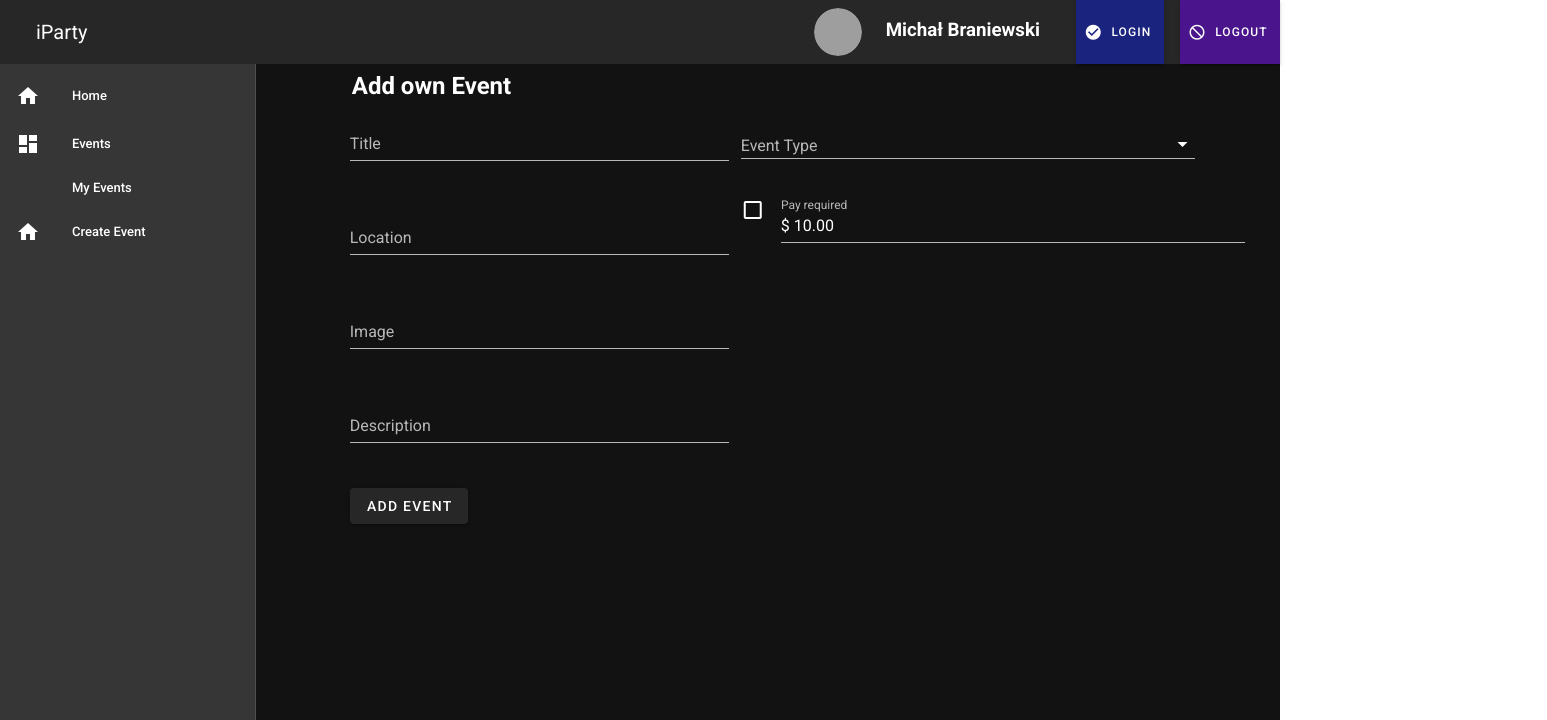
Repository: hexanek/partyapp
Page: /#/addevent
The author's editor kept a copy of each file at every save. The page is drawn from the files as they stood at one save, then again after the next save.
The browser window is 1280 px wide. The page is 1547 px wide, so the pictures cover 1547 px, including what lies to the right of the window. The pictures show the whole page.
Pictures or frames that could not be fetched are drawn as grey boxes. The project was rebuilt for these pictures with package versions that can differ from the ones it lists, and the page was loaded fresh each time. Also part of the build but not shown: vue.config.js, src/components/Popup.vue, src/components/Gmap.vue, src/components/Home.vue.

Above is the page before, as saved 2020-01-26 16:02:38.

### public/index.html
<!DOCTYPE html>
<html lang="en">
  <head>
    <meta charset="utf-8">
    <meta http-equiv="X-UA-Compatible" content="IE=edge">
    <meta name="viewport" content="width=device-width,initial-scale=1.0">
    <link rel="icon" href="<%= BASE_URL %>favicon.ico">
    <title>party-app</title>
    <link rel="stylesheet" href="https://fonts.googleapis.com/css?family=Roboto:100,300,400,500,700,900">
    <link rel="stylesheet" href="https://cdn.jsdelivr.net/npm/@mdi/font@latest/css/materialdesignicons.min.css">
  </head>
  <body>
    <noscript>
      <strong>We're sorry but party-app doesn't work properly without JavaScript enabled. Please enable it to continue.</strong>
    </noscript>
    <div id="app"></div>
    <!-- built files will be auto injected -->
  </body>
</html>

### src/main.js
import Vue from 'vue'
import App from './App.vue'
import vuetify from './plugins/vuetify';
import store from './store'
import router from './router'

Vue.config.productionTip = false

new Vue({
  vuetify,
  store,
  router,
  render: h => h(App)
}).$mount('#app')

### src/App.vue
<template>
  <v-app>
    <navbar>
    </navbar>
    <Footer>
    </Footer>
    <router-view></router-view>
  </v-app>
</template>

<script>
import Navbar from "./components/Navbar";
import Footer from "./components/Footer";


export default {
  name: "App",

  components: {
    Navbar,
    Footer,
  },

  data: () => ({
    //
  }),
  methods: {}
};
</script>

### src/plugins/vuetify.js
import Vue from "vue";
import Vuetify from "vuetify/lib";
import VueRouter from "vue-router";
import * as VueGoogleMaps from "vue2-google-maps";

Vue.use(Vuetify);
Vue.use(VueRouter);
Vue.use(VueGoogleMaps, {
  load: {
    key: "AIzaSyB6QzBesMB_MjqmuZF1p7hpCl8gg4kMEy8",
    libraries: "places"
  }
});

export default new Vuetify({
  theme: {
    dark: true
  }
});

### src/router/index.js
import Vue from "vue";
import VueRouter from "vue-router";
import EventForm from "../components/Event/EventForm.vue";
import Home from "../components/Home.vue";

Vue.use(VueRouter);

const routes = [
  {
    path: "/",
    name: "home",
    component: Home
  },
  {
    path: "/addevent",
    name: "AddEvent",
    component: EventForm

    // route level code-splitting
    // this generates a separate chunk (about.[hash].js) for this route
    // which is lazy-loaded when the route is visited.
    //component: () => import(/* webpackChunkName: "about" */ '../views/About.vue')
  }
];

const router = new VueRouter({
  routes
});
export default router;

### src/components/Navbar.vue
<template>
    <div>
        <v-navigation-drawer
      v-model="drawer"
      app
      clipped
    >
      <v-list dense>
         <v-list-item link>
          <v-list-item-action>
            <v-icon>mdi-home</v-icon>
          </v-list-item-action>
          <v-list-item-content>
            <v-list-item-title>
              <router-link to="/" tag="span">Home</router-link></v-list-item-title>
          </v-list-item-content>
          </v-list-item>
        <v-list-item link>
          <v-list-item-action>
            <v-icon>mdi-view-dashboard</v-icon>
          </v-list-item-action>
          <v-list-item-content>
            <v-list-item-title>Events</v-list-item-title>
          </v-list-item-content>
        </v-list-item>
        <v-list-item link>
          <v-list-item-action>
            <v-icon>mdi-settings</v-icon>
          </v-list-item-action>
          <v-list-item-content>
            <v-list-item-title>My Events</v-list-item-title>
          </v-list-item-content>
        </v-list-item>
         <v-list-item link>
          <v-list-item-action>
            <v-icon>mdi-home</v-icon>
          </v-list-item-action>
          <v-list-item-content>
            <v-list-item-title>
              <router-link to="/addevent" tag="span"> Create Event</router-link>
              </v-list-item-title>
          </v-list-item-content>
        </v-list-item>
      </v-list>
    </v-navigation-drawer>
     <v-app-bar
      flat
      app
      clipped-left
    >
      <v-app-bar-nav-icon class="hidden-sm-and-up" @click.stop="drawer = !drawer" />
      <v-toolbar-title>
        <router-link to="/" tag="span" style="cursor: pointer">iParty</router-link>
        </v-toolbar-title>
      <v-spacer></v-spacer>
      <v-toolbar-items>

        <v-avatar class="ma-2">
      <img
        src="https://cdn.vuetifyjs.com/images/john.jpg"
        alt="John"
      >
    </v-avatar>
        <h3 class="ma-4">Michał Braniewski</h3>
        <v-btn small rounded class="indigo darken-4 mx-5">
          <v-icon dark left>mdi-checkbox-marked-circle</v-icon>
          Login


          </v-btn>
           <v-btn small rounded class="purple darken-4 mx-5 ml-n1 mr-n4">
          <v-icon dark left>mdi-cancel</v-icon>
          Logout


          </v-btn>
      </v-toolbar-items>


    </v-app-bar>
    </div>
</template>

<script>
export default {
  name: "Navbar",
  data: () => ({
    drawer: null
  })
};
</script>

<style lang="scss" scoped>
</style>

### src/components/Footer.vue
<template>
    <div>
        <!-- <v-footer app>
            <span>&copy; 2020</span>
        </v-footer> -->
    </div>
</template>

<script>
    export default {
        name: 'Footer',

        data: () => ({

        })
    }
</script>

<style lang="scss" scoped>

</style>

### src/components/Event/EventForm.vue
<template>
    <div class="content">
        <v-container mt-12 pt-6>
            <v-layout row>
                <v-flex xs-12 offset-sm3 center pa-2>
                    <h2>Add own Event</h2>
                </v-flex>
            </v-layout>
            <v-layout row>
                <v-flex xs-12>
                    <form>
                        <v-layout row>
                            <v-flex xs-12 offset-sm3 sm-6 col-4>
                                <v-text-field
                                name="title"
                                label="Title"
                                id="title"
                                row-height="15"
                                v-model="this.title"
                                required></v-text-field>
                            </v-flex>
                            <v-select class="select"
                                 :items="this.types"
                                  label="Event Type"
                                  name="Event-Type"
                                   dense
                                 ></v-select>
                        </v-layout>
                         <v-layout row>
                            <v-flex xs-12 offset-sm3 sm-6 col-4>
                                <v-text-field
                                name="location"
                                label="Location"
                                id="location"
                                v-model="this.location"
                                required></v-text-field>
                            </v-flex>
                            <v-checkbox
                               v-model="pay"
                                  hide-details
                              class="shrink mr-2 mt-0"
                               ></v-checkbox>
                               <v-text-field
                               prefix="$"
                               value="10.00"
                               label="Pay required"></v-text-field>
                        </v-layout>
                         <v-layout row>
                            <v-flex xs-12 offset-sm3 sm-3 col-4>
                                <v-text-field
                                name="imageUrl"
                                label="Image"
                                required
                                id="image"
                                v-model="this.imageUrl"
                                ></v-text-field>
                            </v-flex>
                        </v-layout>
                         <v-layout row>
                            <v-flex xs-12 offset-sm3 sm-3 col-4>
                                <v-text-field
                                name="description"
                                label="Description"
                                id="description"
                                rows="2"
                                v-model="this.description"
                                required></v-text-field>
                            </v-flex>
                        </v-layout>
                        <v-layout row>
                            <v-flex xs12 offset-sm3 sm-3 col-4>
                                <v-btn>Add Event</v-btn>
                            </v-flex>
                        </v-layout>
                    </form>
                </v-flex>
            </v-layout>
        </v-container>
    </div>
</template>

<script>
export default {
  name: "EventForm",
  data: function () {
    return {
        title: '',
        location: '',
        description: '',
        imageUrl: '',
        types: ['Wydarzenie', 'Klub', 'Lokal', 'Plener', 'Koncert'],
        pay: false,

    }
  }
};
</script>

<style lang="scss" scoped>
.content {
  justify-content: center;
}
.select {
    padding-top: 28px;
    padding-right: 50px;
}
</style>

Loaded but not shown: src/store/index.js (common file)

After the next save:
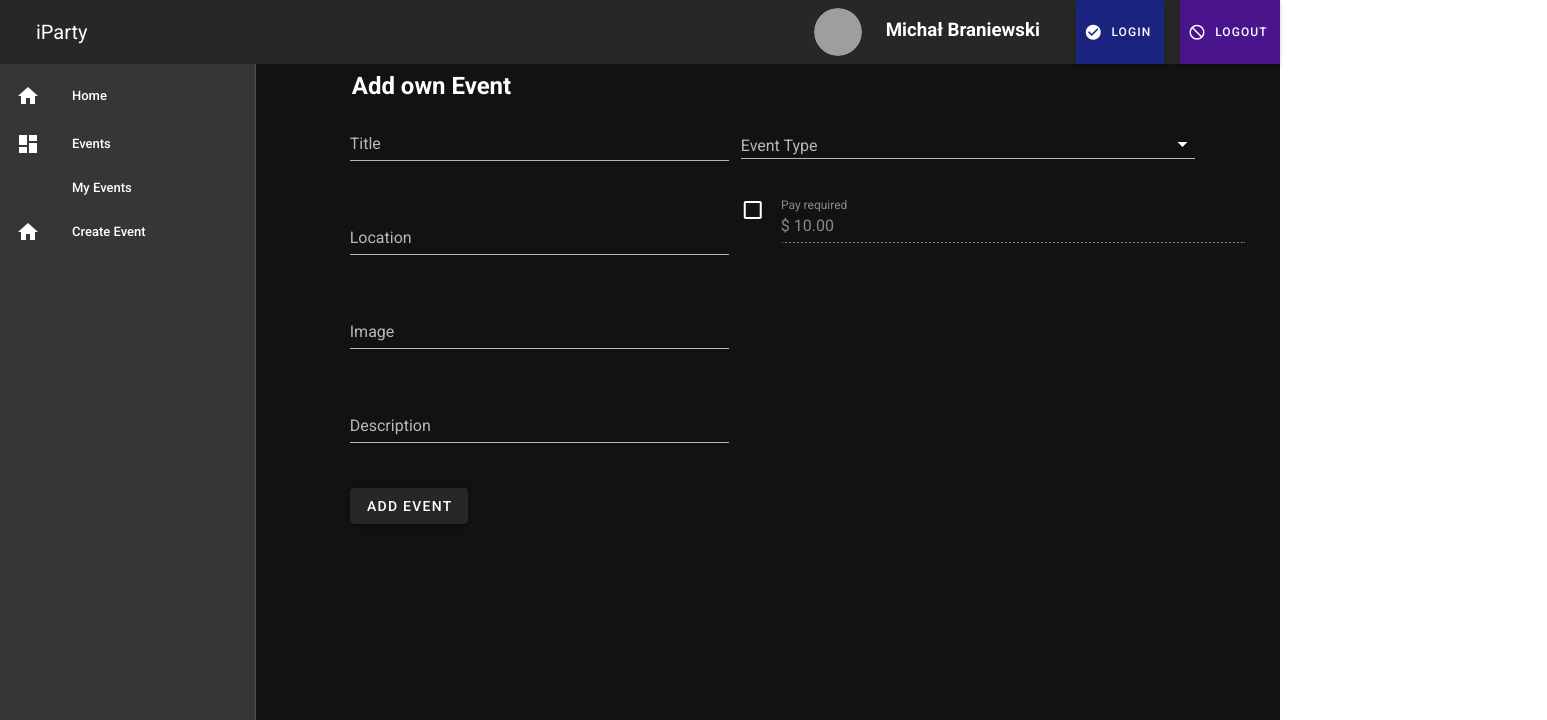
Saved 94 s later.
--- a/src/components/Event/EventForm.vue
+++ b/src/components/Event/EventForm.vue
@@ -42,6 +42,7 @@
                                ></v-checkbox>
                                <v-text-field
                                prefix="$"
+                               :disabled="!pay"
                                value="10.00"
                                label="Pay required"></v-text-field>
                         </v-layout>
